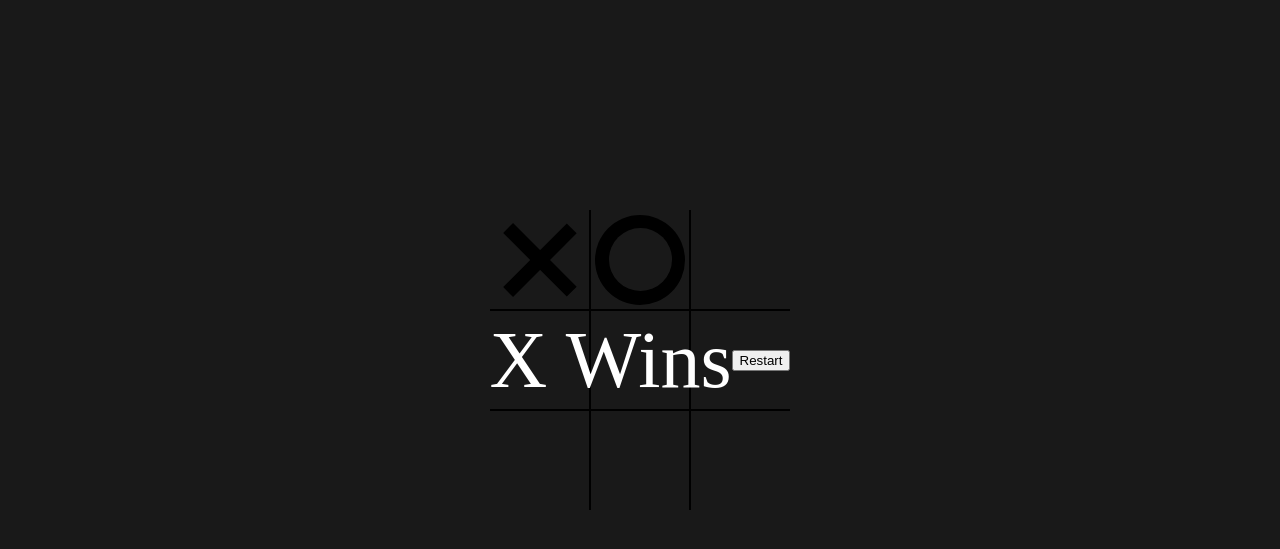
Repository: kate30980/pratice-tictactoe
Page: index.html
These files come from the project's save history. The page is drawn as it stood at one moment and after the next save; the edit follows.
The browser window is 1280 px wide. The pictures show the whole page.

Above is the page before, as saved 2021-08-05 22:33:03.
Not found: script.js

After the next save:
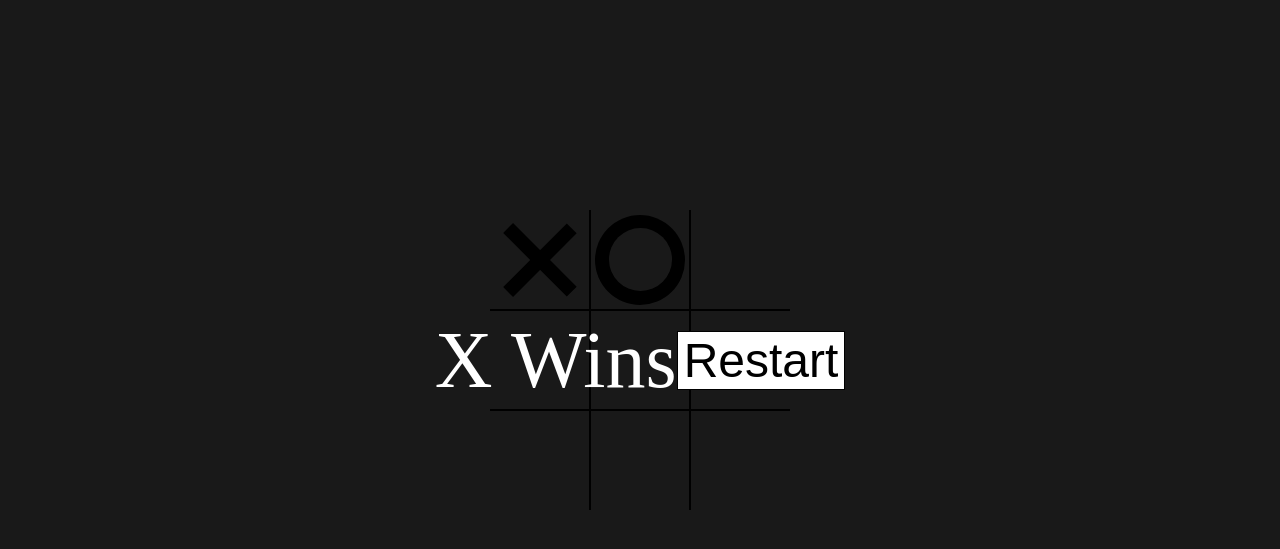
Saved 38 s later.
--- a/styles.css
+++ b/styles.css
@@ -118,3 +118,8 @@ body {
   color: white;
   font-size: 5rem;
 }
+.winning-message button {
+  font-size: 3rem;
+  background-color: white;
+  border: 1px solid black;
+}
